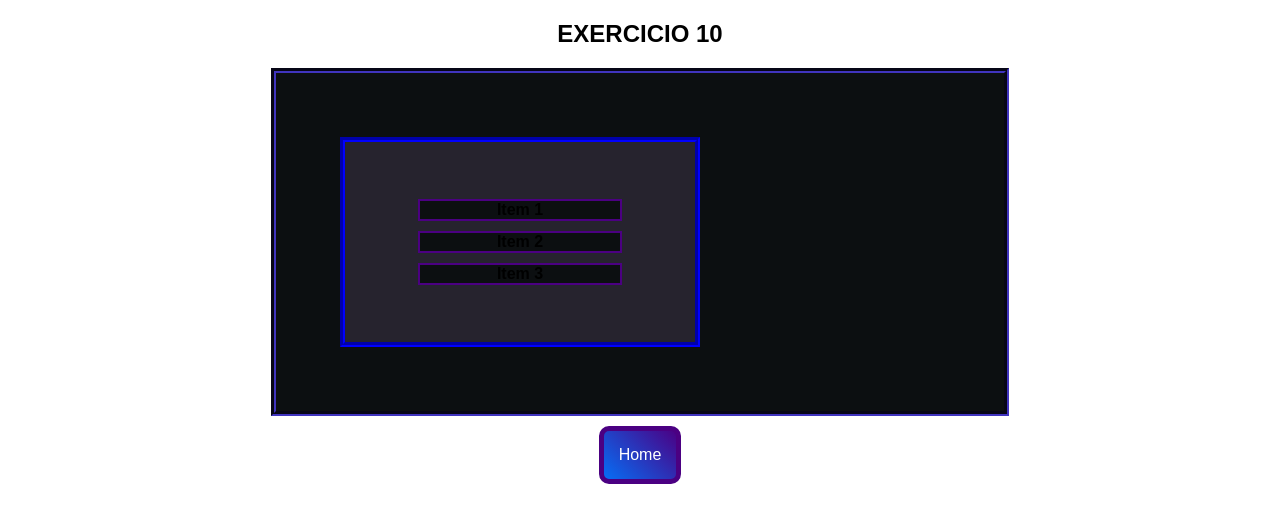
Repository: Elianmrey/TP1-Mobile-First
Page: EXERCISES/EX_12/index.html
These files come from the project's save history. The page is drawn as it stood at one moment and after a run of saves; the edit follows.
The browser window is 1280 px wide. The pictures show the whole page.

Above is the page before, as saved 2024-08-04 23:39:19.

After the next 2 saves:
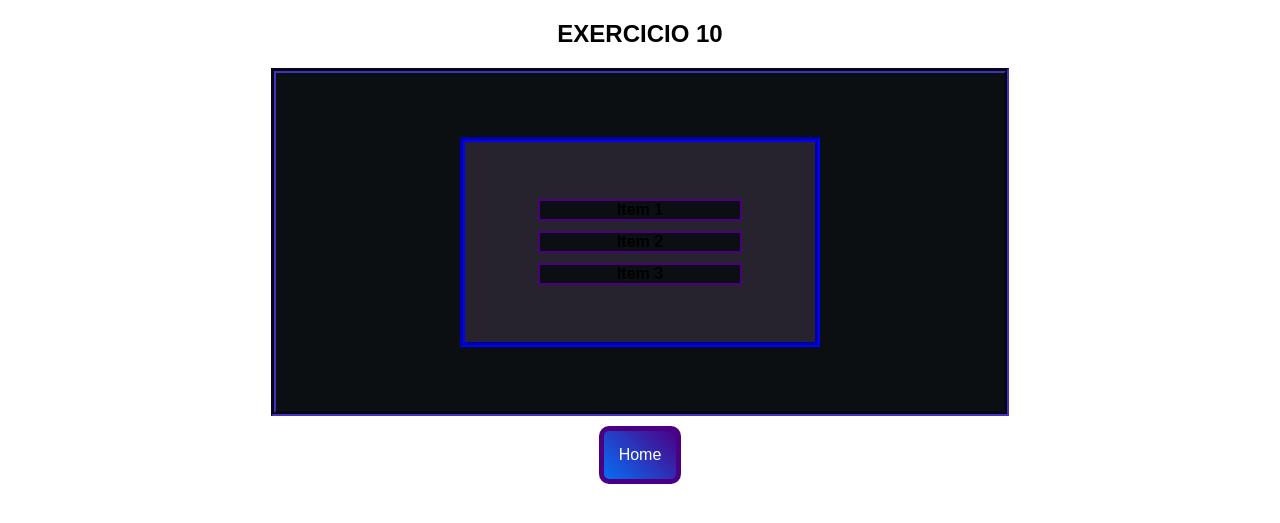
The 2 saves are shown as one change because they came seconds apart.
The last was saved 5 s later.
--- a/EXERCISES/EX_12/style.css
+++ b/EXERCISES/EX_12/style.css
@@ -16,7 +16,7 @@ align-items:center;
 .container-principal
 {
   display: flex;
-  justify-content:
+  justify-content: center;
   gap: 10px;
   border: groove 5px rgb(36, 29, 107);
   padding: 5%;
